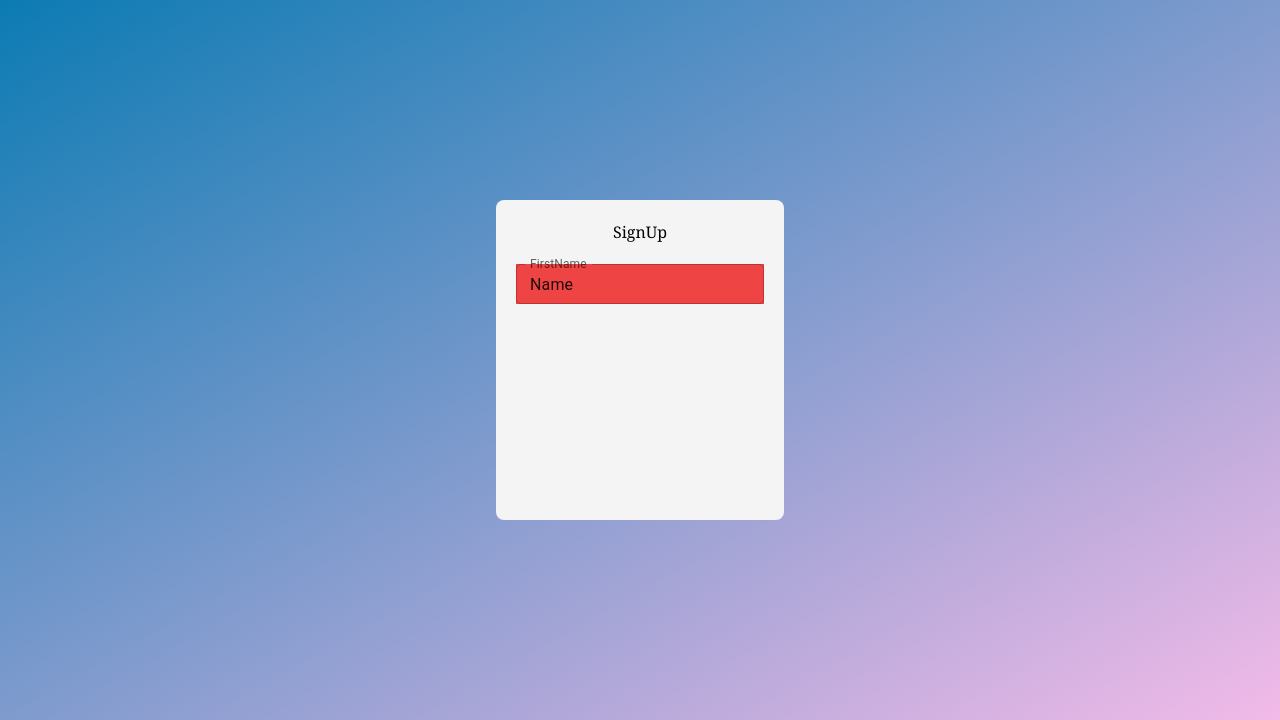
Repository: dhanapal2205/sazsfinance
Page: /SignUp
These files come from the project's save history. The page is drawn as it stood at one moment and after the next save; the edit follows.
The browser window is 1280 px wide. The pictures show the whole page.
The project was rebuilt for these pictures with package versions that can differ from the ones it lists, and the page was loaded fresh each time. The framework's server and built-in components were replaced by stand-ins that run in the browser. Also part of the build but not shown: next.config.js.

Above is the page before, as saved 2023-04-07 11:33:33.

After the next save:
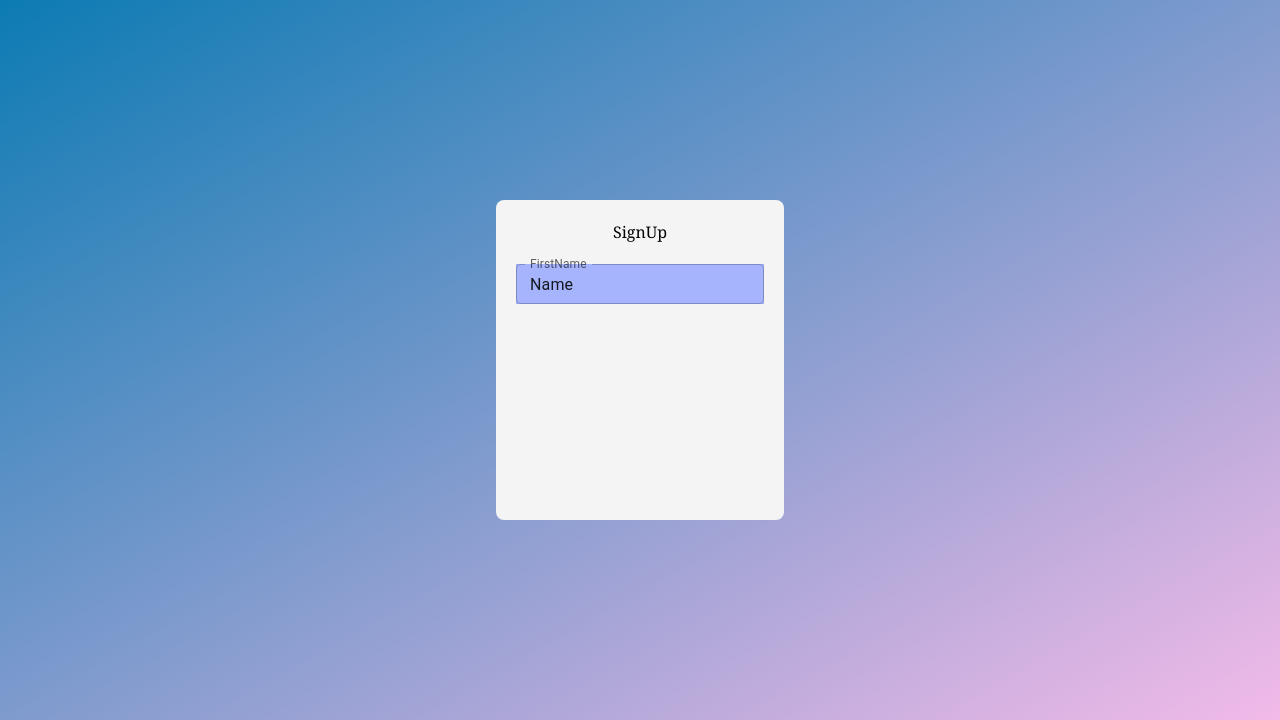
Saved 18 s later.
--- a/pages/SignUp.js
+++ b/pages/SignUp.js
@@ -8,7 +8,7 @@ const SignUp = () => {
      <div className=' w-72 h-80 bg-zinc-100  rounded-lg m-auto justify-center'>
       <div className='place-items-center flex flex-col space-y-5 mt-5 ' >
         <p className='font-sans md:font-serif ' > SignUp</p>
-<TextField className='bg-red-500 hover:bg-white place-content-center ' label="FirstName"
+<TextField className='bg-indigo-300 hover:bg-white place-content-center ' label="FirstName"
           id="outlined-size-small"
           defaultValue="Name"
           margin="dense"
